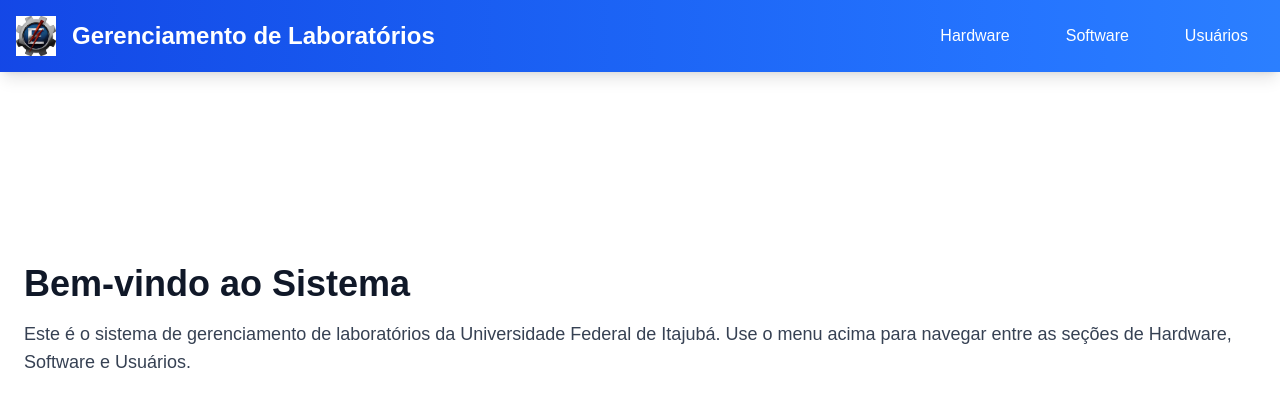
Repository: fabianosevla/gestao-labs
Page: / (app in lab-management-system/)
An editor plug-in stored every save of this project. The page is shown before and after the next save, followed by the edit.
The browser window is 1280 px wide. The pictures show the whole page.
The project was rebuilt for these pictures with package versions that can differ from the ones it lists, and the page was loaded fresh each time. The framework's server and built-in components were replaced by stand-ins that run in the browser. Also part of the build but not shown: lab-management-system/next.config.mjs.

Above is the page before, as saved 2025-05-06 18:14:24.

After the next save:
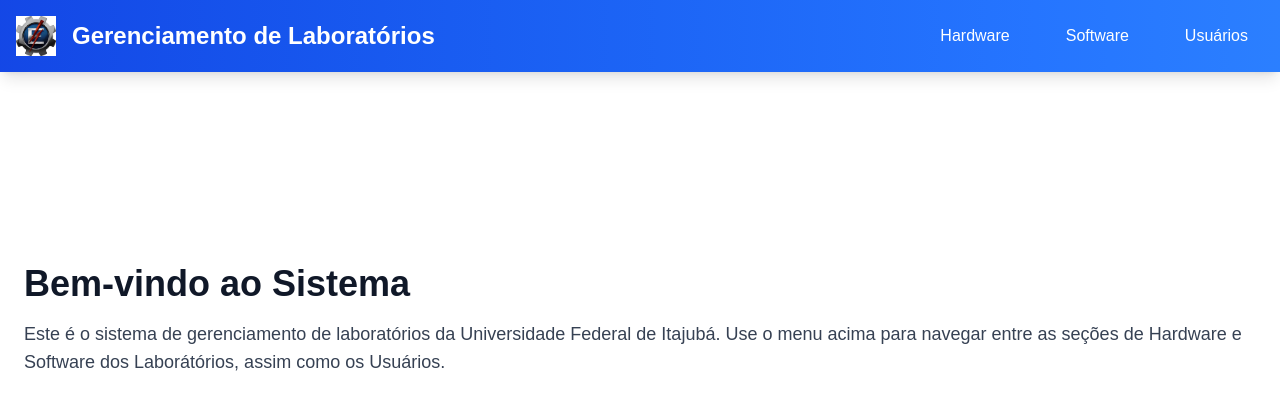
Saved 43 s later.
--- a/lab-management-system/app/page.js
+++ b/lab-management-system/app/page.js
@@ -6,7 +6,7 @@
       <h1 className="text-4xl font-bold text-gray-900 mb-4">Bem-vindo ao Sistema</h1>
       <p className="text-gray-700 text-lg">
         Este é o sistema de gerenciamento de laboratórios da Universidade Federal de Itajubá.
-        Use o menu acima para navegar entre as seções de Hardware, Software e Usuários.
+        Use o menu acima para navegar entre as seções de Hardware e Software dos Laborátórios, assim como os Usuários.
       </p>
     </div>
   );
